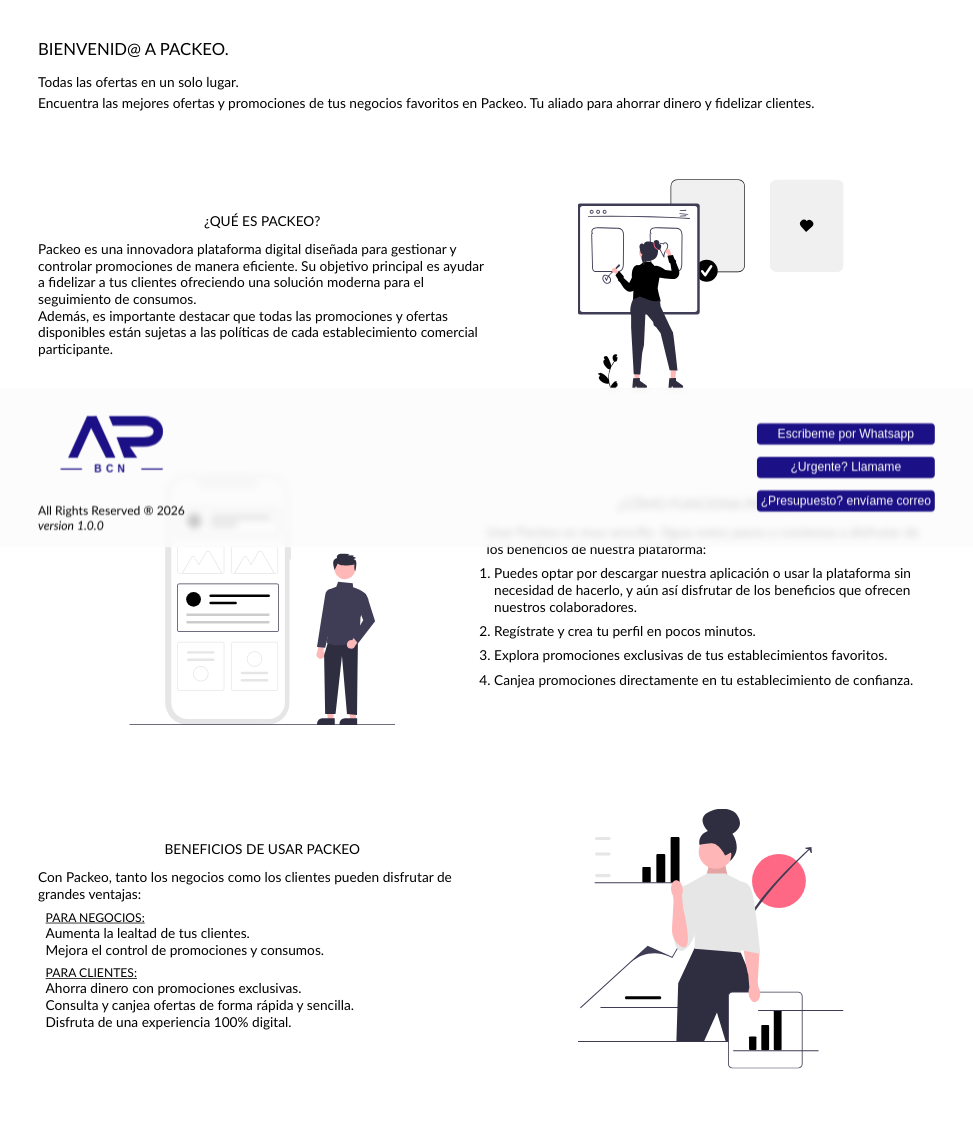
Repository: alupvcbarcelona/alupvcbarcelona-front
Page: /
An editor plug-in stored every save of this project. The page is shown before and after the next save, followed by the edit.
The browser window is 1280 px wide. The pictures show the whole page, at 76% of full size.
The page's requests for data from a server got no answer. The project was rebuilt for these pictures with package versions that can differ from the ones it lists, and the page was loaded fresh each time. No one was signed in, and anything a server would have sent is missing. Also part of the build but not shown: vite.config.js, src/reducers/partner.reducer/partner.action.js, src/views/Pack/utils/content.js, src/views/Pack/Pack.css, src/views/Pack/Pack.jsx, src/views/404/utils.js, src/views/404/NotFound.css, src/views/404/NotFound.jsx and 6 more.

Above is the page before, as saved 2026-07-24 09:18:46.

After the next save:
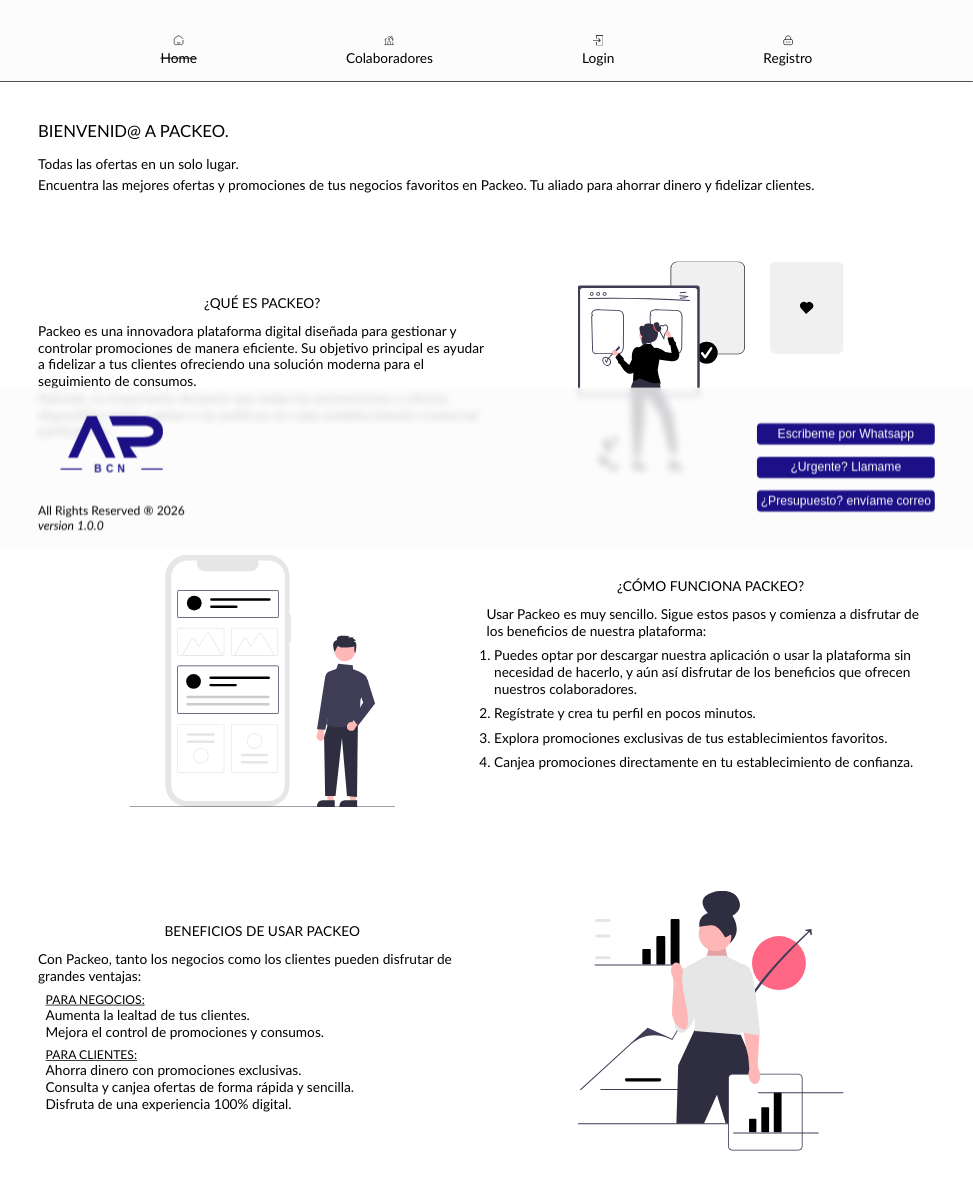
Saved 58 s later.
--- a/src/layout/Layout.jsx
+++ b/src/layout/Layout.jsx
@@ -21,7 +21,7 @@
 
   return (
     <>
-      {/* <Header /> */}
+      <Header />
       <div className="layout__toast">
         <ToastContainer position="bottom-center" hideProgressBar />
       </div>

After the save that followed:
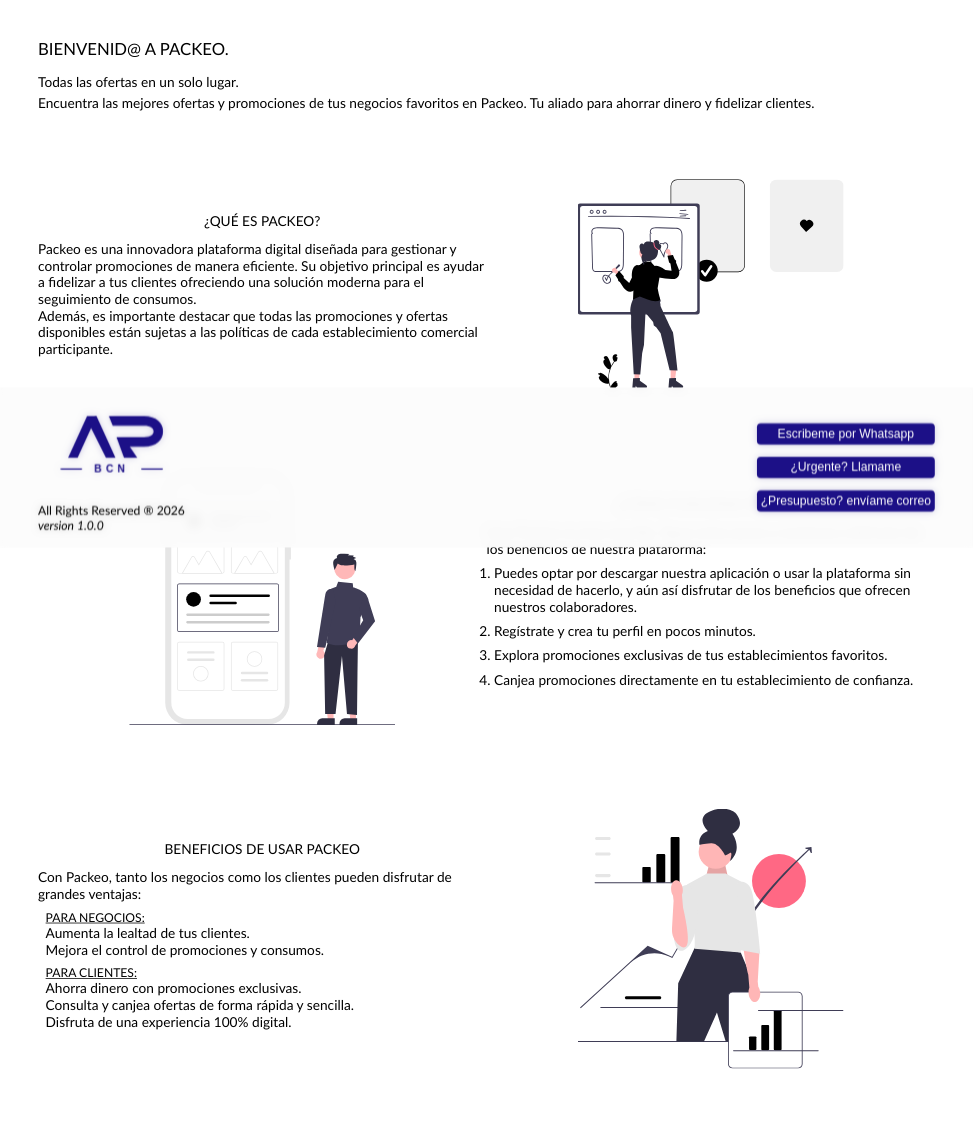
Saved 36 s later.
--- a/src/layout/Layout.jsx
+++ b/src/layout/Layout.jsx
@@ -21,7 +21,7 @@
 
   return (
     <>
-      <Header />
+      <Footer />
       <div className="layout__toast">
         <ToastContainer position="bottom-center" hideProgressBar />
       </div>
